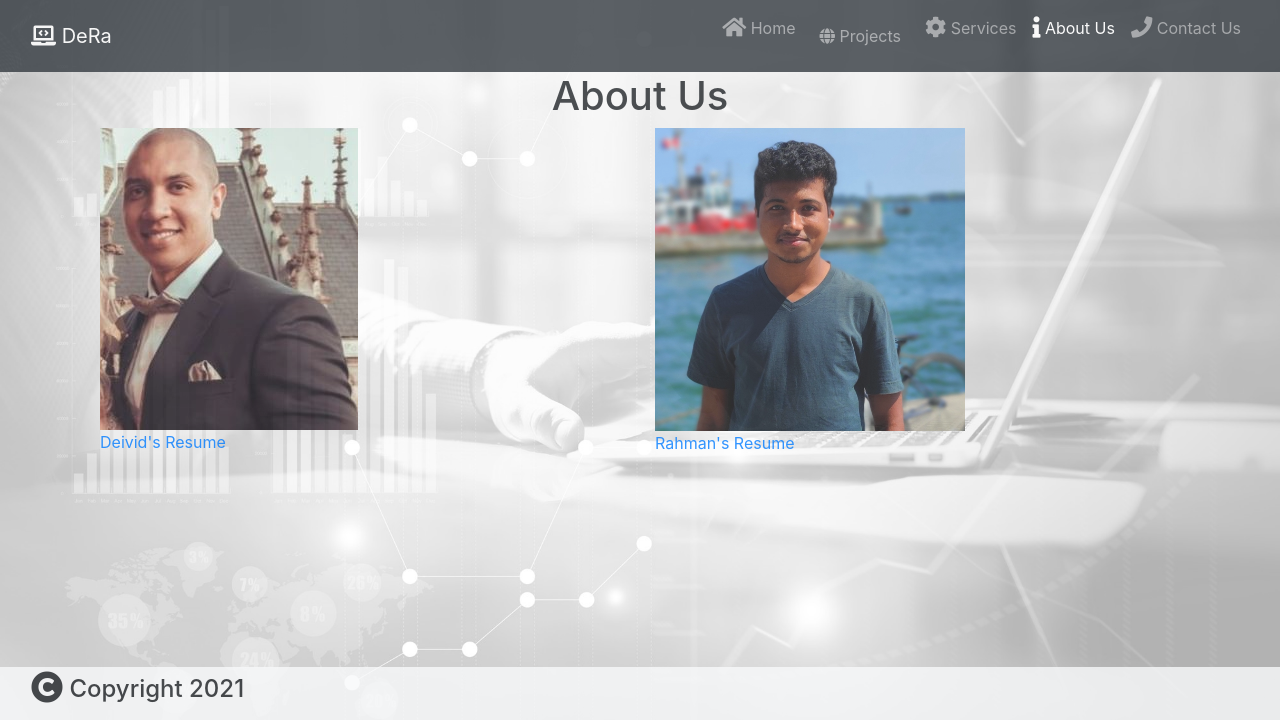
Repository: deividwsantoss/web6201-Lab1
Page: about.html
The author's editor kept a copy of each file at every save. The page is drawn from the files as they stood at one save, then again after the next save.
The browser window is 1280 px wide. The pictures show the whole page.

Above is the page before, as saved 2021-02-03 18:59:59.
Console error: TypeError: Cannot set properties of null (setting 'innerHTML')

After the next save:
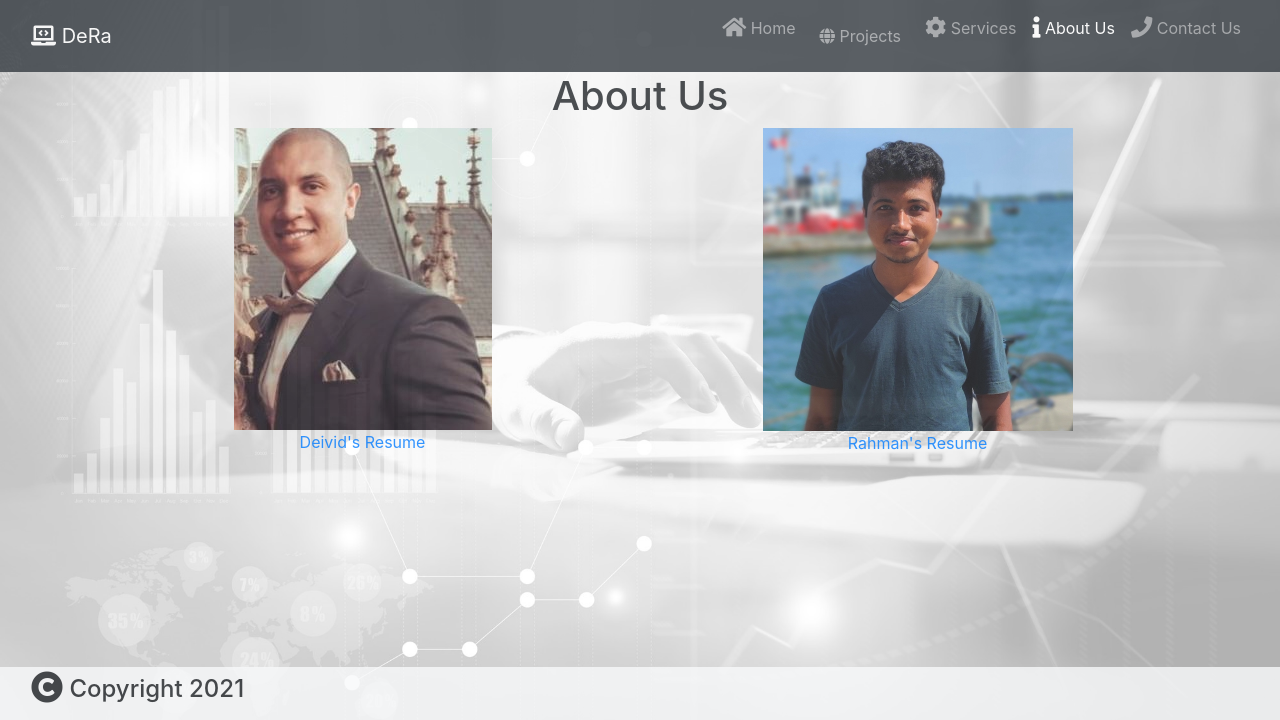
Saved 14 s later.
--- a/about.html
+++ b/about.html
@@ -47,7 +47,7 @@
 
 
     <!-- Main Content-->
-        <main class="container">
+        <main class="container text-center">
             <h1 class="text-center">About Us</h1>
             <div class="container">
               <div class="row">
